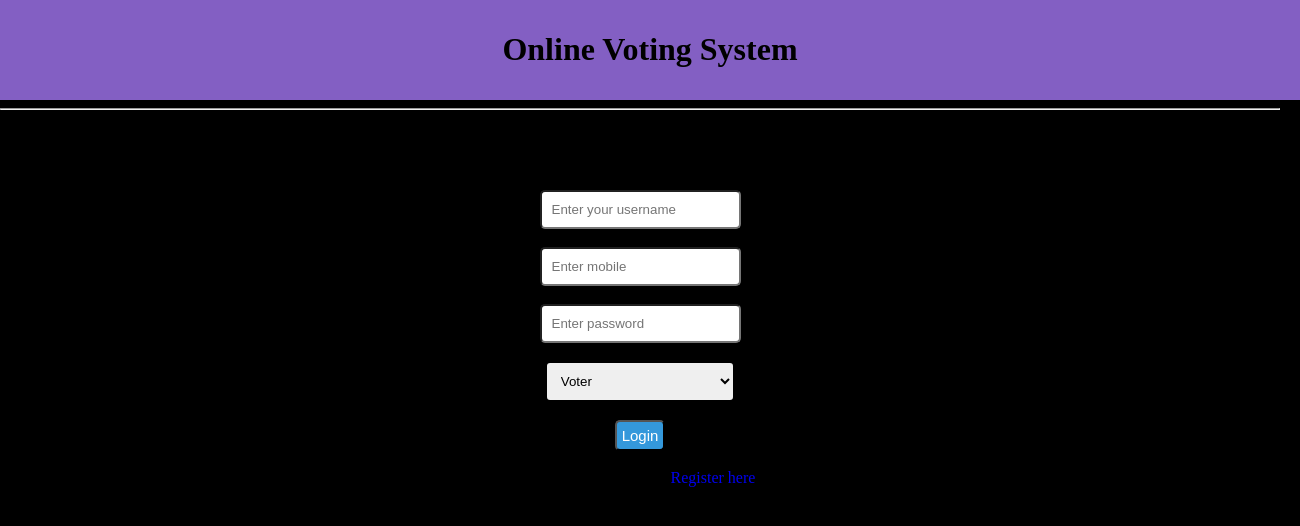
Repository: LeLoUcH-V-BrItAnIa/voting
Page: http://localhost/
The author's editor kept a copy of each file at every save. The page is drawn from the files as they stood at one save, then again after a run of saves.
The browser window is 1280 px wide. The page is 1300 px wide, so the pictures cover 1300 px, including what lies to the right of the window. The pictures show the whole page.
The page is run by PHP 8.4 with error messages shown; the project is at /var/www/html/.

Above is the page before, as saved 2023-08-31 12:02:47.

### online-voting-system/index.php
<html>
    <head>
        <title>Online voting system - Home</title>
        <link rel="stylesheet" href="css/stylesheet.css">
    </head>
    <body>

            <center>
            <div id="headerSection" >
            <h1>Online Voting System</h1>
            </div>
            <hr>

            <div id="loginSection">
                <h2>Login</h2>
                <form action="api/login.php" method="POST">
                    <input type="text" name="username" placeholder="Enter your username" required><br><br>
                    <input type="number" name="mob" placeholder="Enter mobile" required><br><br>
                    <input type="password" name="pass" placeholder="Enter password" required><br><br>
                    <select name="role" style="width: 15%; border: 2px solid black">
                        <option value="1">Voter</option>
                        <option value="2">Candidate</option>
                    </select><br><br>
                    <button id="loginbtn" type="submit" name="loginbtn">Login</button><br><br>
                    Don't have an account <a href="routes/register.php">Register here</a>
                </form>
            </div>

            </center>
    </body>
</html>

### online-voting-system/css/stylesheet.css
body,html{
  margin: 0;
  height: 100%;

}
input {
  padding: 10px;
  border-radius: 5px;
}

select {
  padding: 10px;
  border-radius: 5px;
}

#upload {
  padding: 10px;
  border-radius: 5px;
  border: 2px solid black;
}

#headerSection {
  text-align: center;
  background-color: rgb(131, 95, 195);
  padding: 10px;
  width: 100%;
  font-family: Cursive;
}

#loginSection {
  padding: 5px;
}

body {
  background-color: #000000;
}

#loginbtn {
  padding: 5px;
  font-size: 15px;
  background-color: #3498db;
  color: white;
  border-radius: 5px;
}

#reglink {
  padding: 5px;
  font-size: 15px;
  background-color: #3498db;
  color: white;
  border-radius: 5px;
  text-decoration: none;
}

a {
  text-decoration: none;
}

#mainSection {
  padding: 10px;
}

#profileSection {
  width: 30%;
  float: left;
  background-color: white;
  padding: 20px;
}

#groupSection {
  width: 60%;
  float: right;
  background-color: white;
  padding: 20px;
}

#back-button {
  float: left;
  margin-left: 20px;
  margin-top: 20px;
  padding: 5px;
  font-size: 15px;
  background-color: #3498db;
  color: white;
  border-radius: 5px;
}

#logout-button {
  float: right;
  margin-right: 20px;
  margin-top: 20px;
  padding: 5px;
  font-size: 15px;
  background-color: #3498db;
  color: white;
  border-radius: 5px;
}

After the next 2 saves:
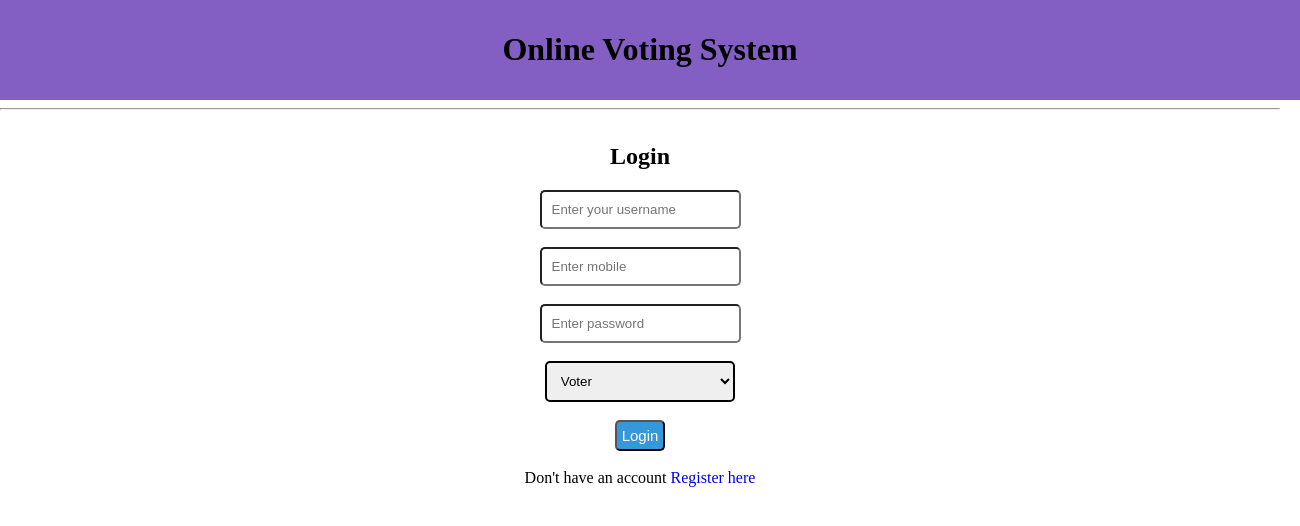
The 2 saves are shown as one change because they came seconds apart.
The last was saved 36 s later.
--- a/online-voting-system/css/stylesheet.css
+++ b/online-voting-system/css/stylesheet.css
@@ -32,7 +32,7 @@ select {
 }
 
 body {
-  background-color: #000000;
+  background:url()
 }
 
 #loginbtn {
